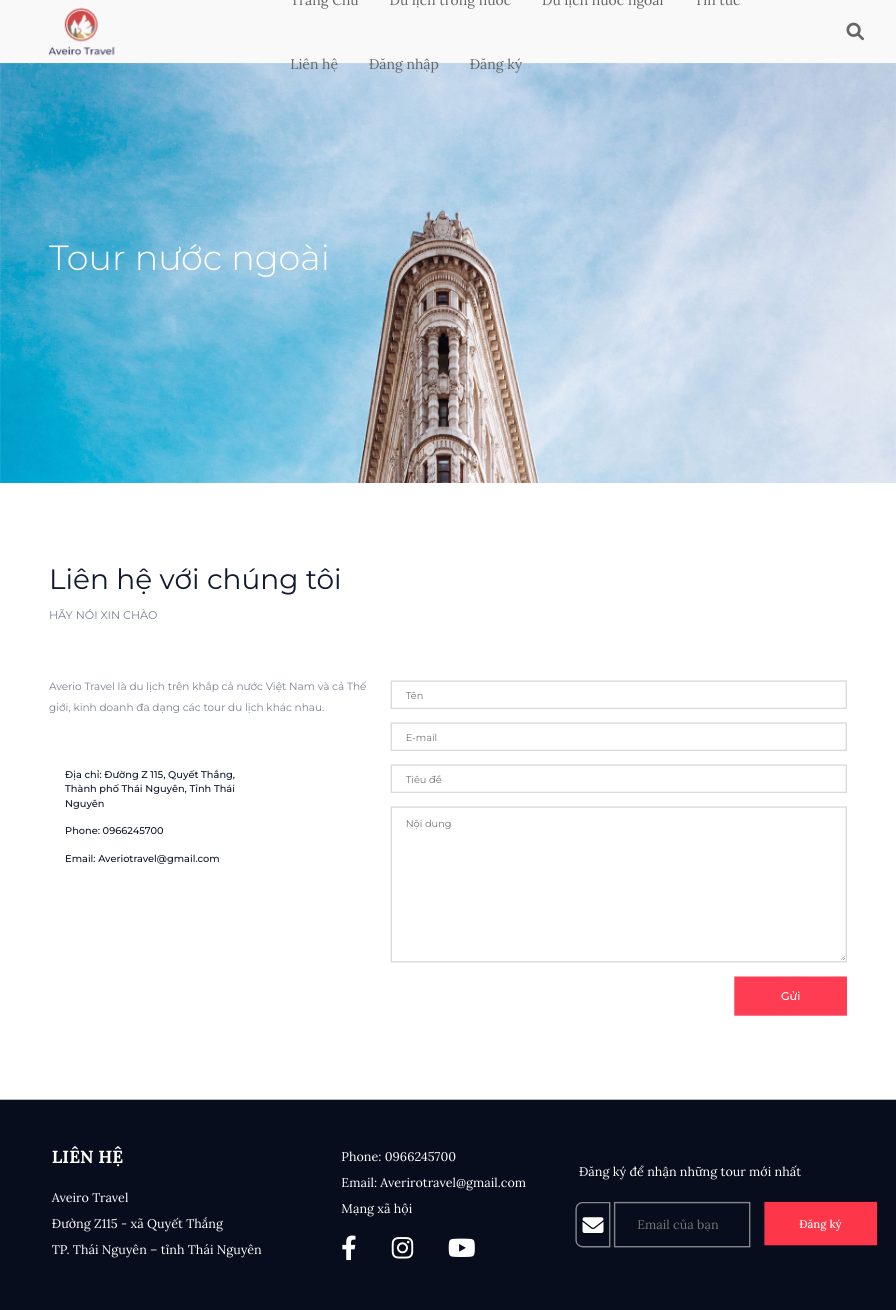
Repository: tuan842001/demotest
Page: /contact
An editor plug-in stored every save of this project. The page is shown before and after the next save, followed by the edit.
The browser window is 1280 px wide. The pictures show the whole page, at 70% of full size.
The project was rebuilt for these pictures with package versions that can differ from the ones it lists, and the page was loaded fresh each time. Also part of the build but not shown: src/components/header/HeaderHome.jsx, src/components/top/top.css, src/components/post/post.css, src/components/post/Post.jsx, src/components/intourPost/intourPost.css, src/components/intourPost/IntourPost.jsx, src/components/posts/posts.css, src/components/posts/Posts.jsx and 20 more.

Above is the page before, as saved 2021-10-16 20:27:30.

After the next save:
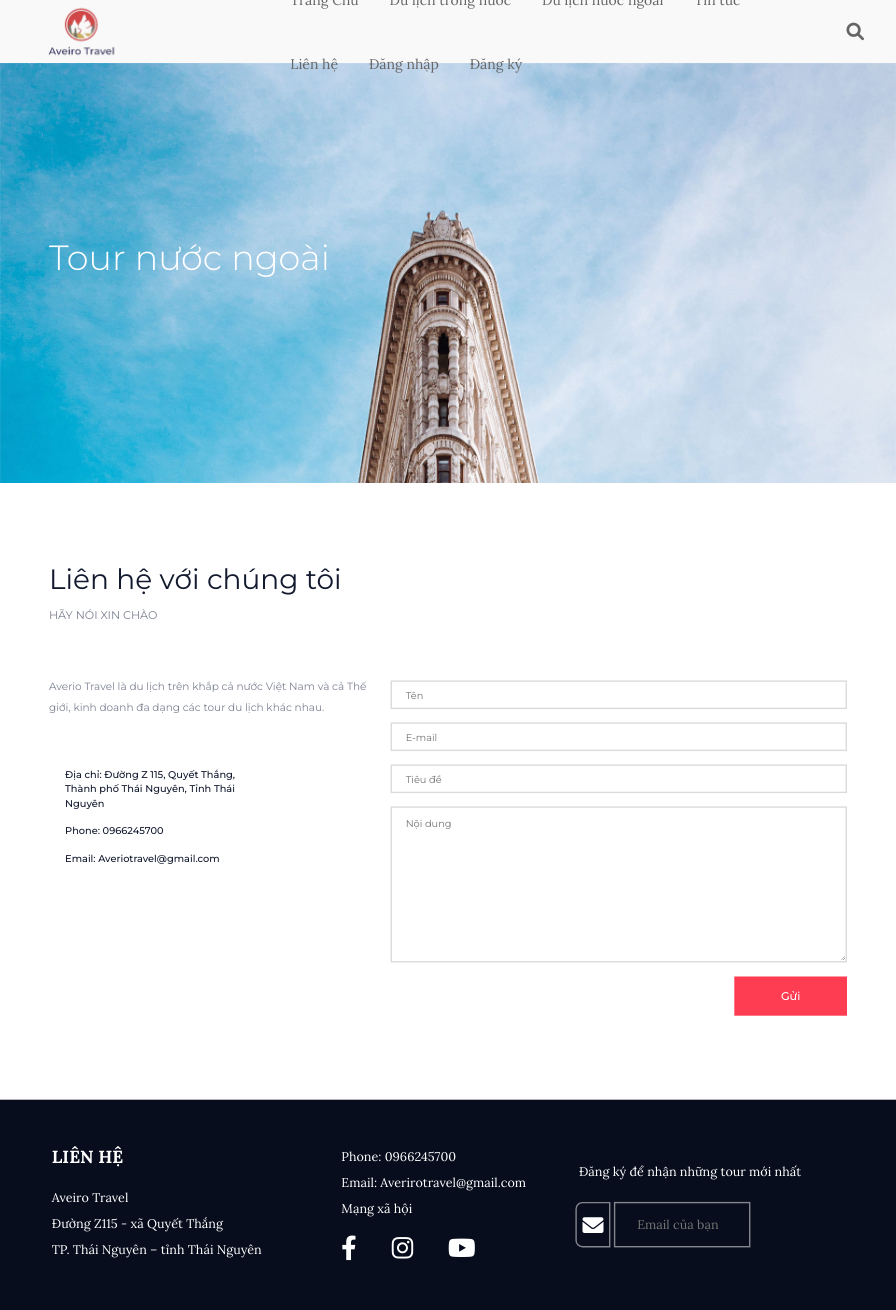
Saved 5 s later.
--- a/src/components/bottombar/Bottombar.jsx
+++ b/src/components/bottombar/Bottombar.jsx
@@ -32,9 +32,9 @@ export default function Bottombar() {
             placeholder="Email của bạn"
           />
           <input type="submit" name="submit" class="sm" value="" />
-          <button type="submit" id="bottom_button" class="bottom_button">
+          {/* <button type="submit" id="bottom_button" class="bottom_button">
             Đăng ký
-          </button>
+          </button> */}
         </div>
       </div>
     </div>
